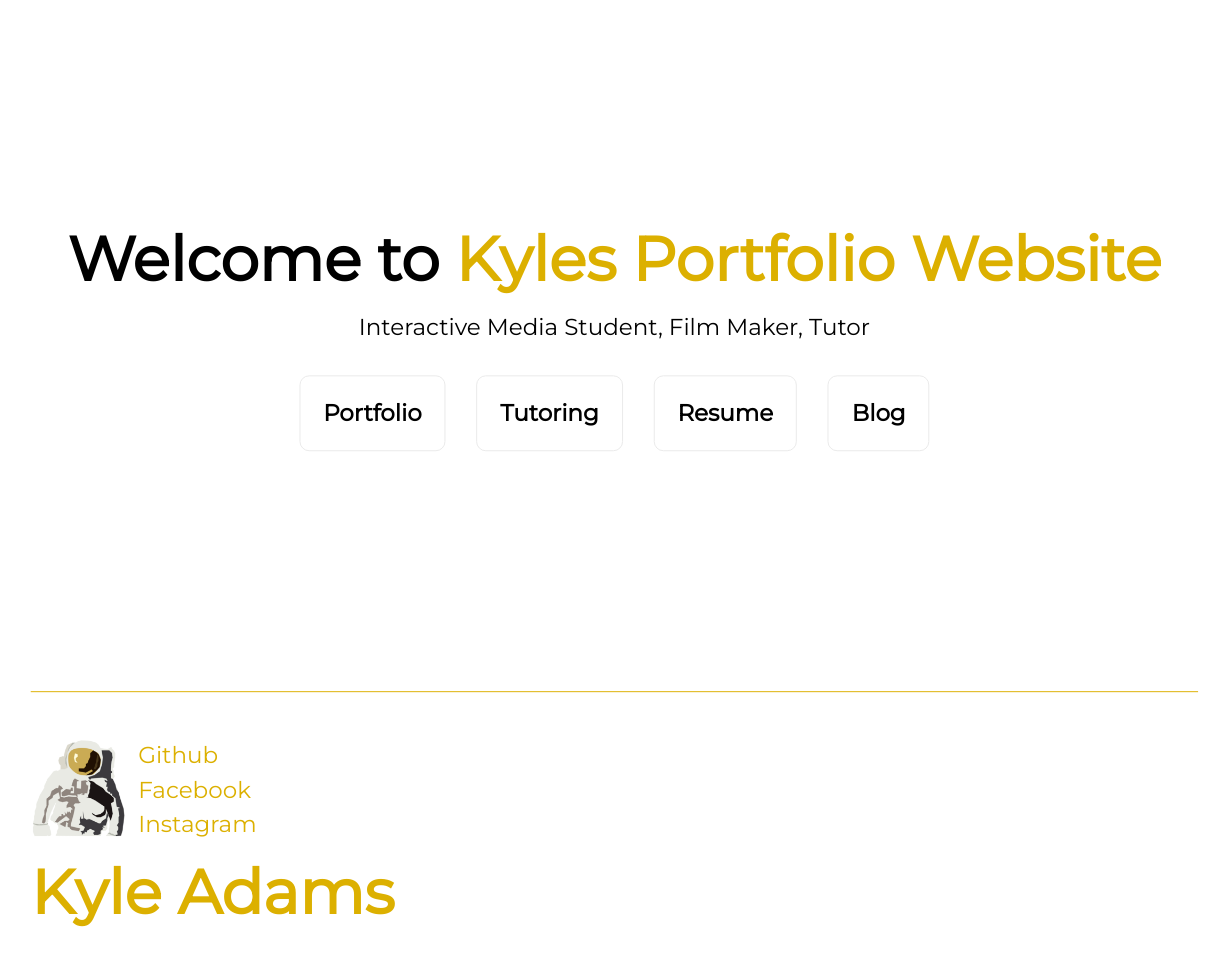
Repository: neomort/CL-portfolio-site
Page: /
These files come from the project's save history. The page is drawn as it stood at one moment and after the next save; the edit follows.
The browser window is 1280 px wide. The pictures show the whole page, at 96% of full size.
The project was rebuilt for these pictures with package versions that can differ from the ones it lists, and the page was loaded fresh each time. The framework's server and built-in components were replaced by stand-ins that run in the browser. Also part of the build but not shown: next.config.js.

Above is the page before, as saved 2021-12-14 15:40:43.

### pages/_document.js
import Document, { Html, Head, Main, NextScript } from 'next/document'

class MyDocument extends Document {


  render() {
    return (
      <Html>
        <Head>
        <link rel="apple-touch-icon" sizes="180x180" href="/images/favicons/apple-touch-icon.png" />
        <link rel="icon" type="image/png" sizes="32x32" href="/images/favicons/favicon-32x32.png" />
        <link rel="icon" type="image/png" sizes="16x16" href="/images/favicons/favicon-16x16.png" />
        <link rel="manifest" href="/images/favicons//site.webmanifest" />
        <link rel="mask-icon" href="/safari-pinned-tab.svg" color="#5bbad5" />
        <meta name="msapplication-TileColor" content="#da532c" />
        <meta name="theme-color" content="#ffffff"></meta>

        <link href="https://fonts.googleapis.com/css2?family=Montserrat:wght@400&display=swap" rel="stylesheet"/>
        </Head>

        <body>
          <Main />
          <NextScript />
        </body>
      </Html>
    )
  }
}

export default MyDocument

### pages/index.js
import Head from 'next/head'
import Image from 'next/image'
import styles from '../styles/Home.module.css'
import Footer from "../components/footer"

export default function Home() {
  return (
    <div className={styles.container}>
      <Head>
        <title>Kyle/'s Portfolio</title>
        <meta name="description" content="If you are reading this you are really impressive" />

      </Head>

      <main className={styles.main}>
        <h1 className={styles.title}>
          Welcome to <a href="https://kyleadams.com/">Kyles Portfolio Website</a>
        </h1>

        <p className={styles.description}>
        Interactive Media Student, Film Maker, Tutor
        </p>



        <div className={styles.grid}>
          <a href={`/Portfolio`} className={styles.card}>
            <h2>Portfolio</h2>
            <p></p>
          </a>

          <a href={`/Tutoring`} className={styles.card}>
            <h2>Tutoring</h2>
            <p></p>
          </a>

          <a
            href={`/Resume`}
            className={styles.card}
          >
            <h2>Resume</h2>
            <p></p>
          </a>

          <a
            href={`/Blog`}
            className={styles.card}
          >
            <h2>Blog</h2>
            <p>

            </p>
          </a>
        </div>
      </main>

      <footer className={styles.footer}>
        <Footer/>
      </footer>
    </div>
  )
}

### styles/globals.css
html,
body {
  padding: 0;
  margin: 0;
  font-family: 'Montserrat', sans-serif;
}

a {
  color: inherit;
  text-decoration: none;
}

* {
  box-sizing: border-box;
}

### styles/Home.module.css
.container {
  padding: 0 2rem;
}

.main {
  min-height: 100vh;
  padding: 2rem 0;
  flex: 1;
  display: flex;
  flex-direction: column;
  justify-content: center;
  align-items: center;
}

.footer {
  display: flex;
  flex: 1;
  padding: 2rem 0;
  border-top: 1px solid #dcb000;
  justify-content: left;
  align-items: center;
}

.footer a {
  display: flex;
  justify-content: left;
  align-items: center;
  flex-grow: 1;
}

.title a {
  color: #dcb000;
  text-decoration: none;
}

.title a:hover,
.title a:focus,
.title a:active {
  text-decoration: underline;
}

.title {
  margin: 0;
  line-height: 1.15;
  font-size: 4rem;
}

.title,
.description {
  text-align: center;
}

.description {
  margin: 1rem 0;
  line-height: 1.5;
  font-size: 1.5rem;
}

.description a{
  padding-left: 0.75rem;
  color: #dcb000;
  text-decoration: none;
}

.code {
  background: #fafafa;
  border-radius: 5px;
  padding: 0.75rem;
  font-size: 1.1rem;
  font-family: Menlo, Monaco, Lucida Console, Liberation Mono, DejaVu Sans Mono,
    Bitstream Vera Sans Mono, Courier New, monospace;
}

.grid {
  display: flex;
  align-items: center;
  justify-content: center;
  flex-wrap: wrap;
  max-width: 800px;
}

.card {
  margin: 1rem;
  padding: 1.5rem;
  text-align: left;
  color: inherit;
  text-decoration: none;
  border: 1px solid #eaeaea;
  border-radius: 10px;
  transition: color 0.15s ease, border-color 0.15s ease;
  max-width: 300px;
}

.card:hover,
.card:focus,
.card:active {
  color: #0070f3;
  border-color: #0070f3;
}

.card h2 {
  margin: 0 0 0rem 0;
  font-size: 1.5rem;
}

.card p {
  margin: 0;
  font-size: 1.25rem;
  line-height: 1.5;
}

.logo {


}

.grid-2 {
  width: 100%;
  flex-direction: column;
}

@media (max-width: 600px) {
  .grid {
    width: 100%;
    flex-direction: column;
  }
}

### components/footer.js
import { React, useEffect, useState } from 'react'
import styles from '../styles/Home.module.css'
import Image from 'next/image'

export default function Footer({})  {


  return (
    <>
<div className={styles.div-2}>
        <a
          href="https://kyleadams.com/"
          target="_blank"
          rel="noopener noreferrer"
        >

          <span className={styles.logo}>
            <Image src="/images/favicons/apple-touch-icon.png" alt="Spaceman" width={100} height={100} />
          </span>
          <span>
            <p className={styles.description}>

          <a href="https://github.com/neomort">Github</a>
          <a href="https://www.facebook.com/profile.php?id=100028246666445">Facebook</a>
          <a href="https://www.instagram.com/kyle_david_adams/">Instagram</a>
          {/* <code className={styles.code}>this is code</code> */}
          </p>
          </span>
        </a>
        <h1 className={styles.title}>
        <a href={`/`}>
          Kyle Adams
        </a>
        </h1>

        </div>
        </>
    )
}

Loaded but not shown: pages/_app.js (common file)

After the next save:
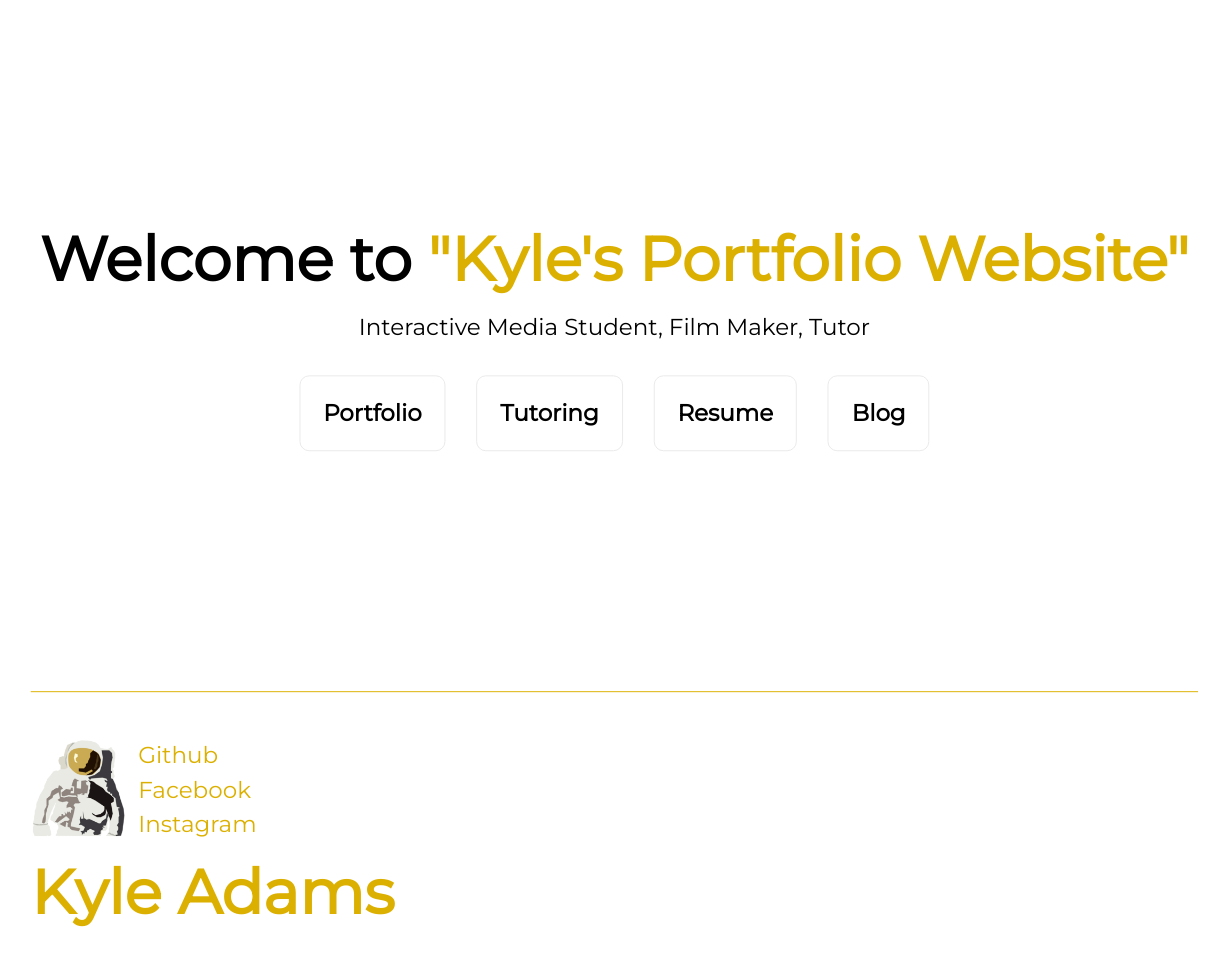
Saved 93 s later.
--- a/pages/index.js
+++ b/pages/index.js
@@ -7,14 +7,14 @@
   return (
     <div className={styles.container}>
       <Head>
-        <title>Kyle/'s Portfolio</title>
+        <title>"Kyle's Portfolio"</title>
         <meta name="description" content="If you are reading this you are really impressive" />
 
       </Head>
 
       <main className={styles.main}>
         <h1 className={styles.title}>
-          Welcome to <a href="https://kyleadams.com/">Kyles Portfolio Website</a>
+          Welcome to <a href="https://kyleadams.com/">"Kyle's Portfolio Website"</a>
         </h1>
 
         <p className={styles.description}>

After the save that followed:
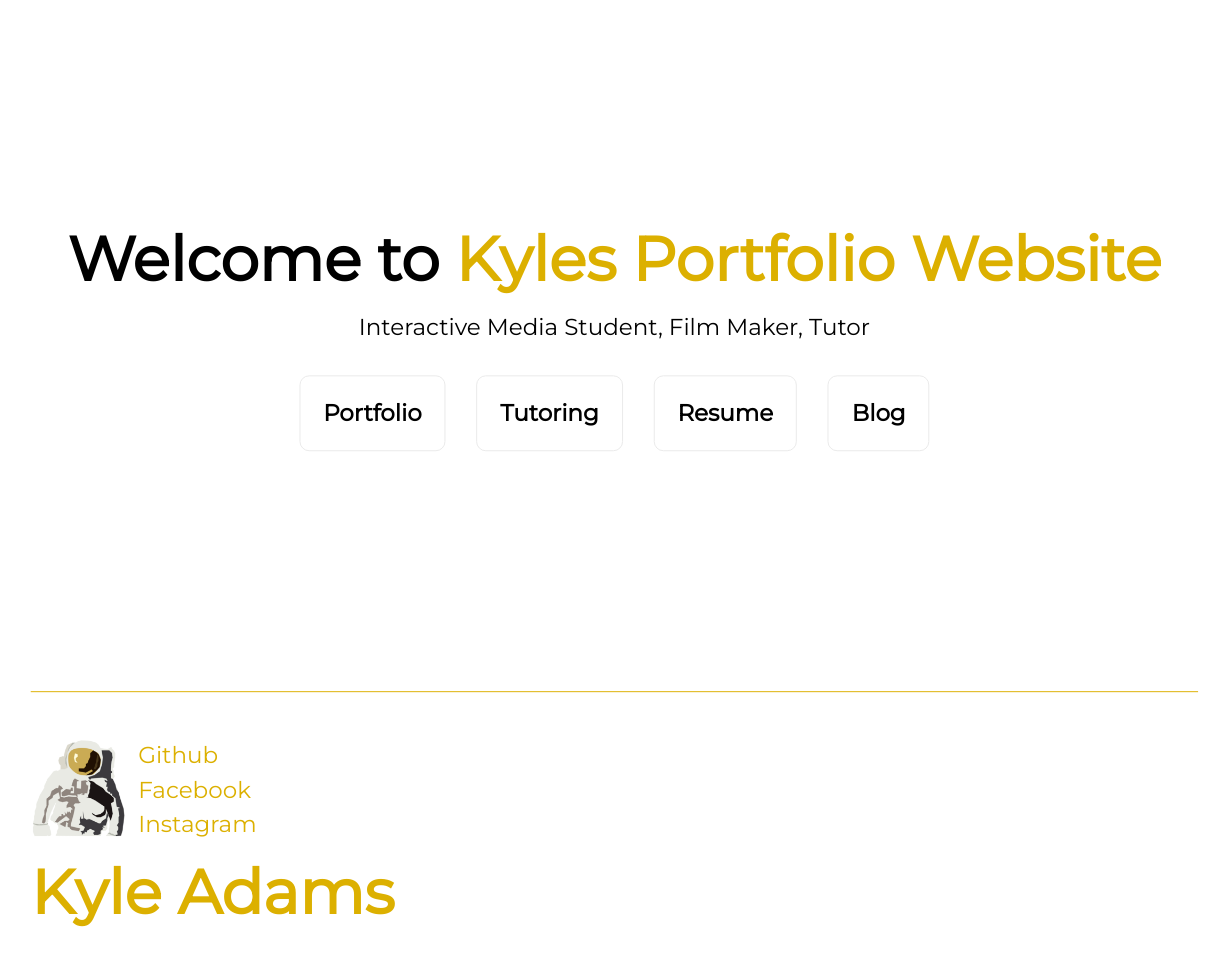
Saved 22 s later.
--- a/pages/index.js
+++ b/pages/index.js
@@ -7,14 +7,14 @@
   return (
     <div className={styles.container}>
       <Head>
-        <title>"Kyle's Portfolio"</title>
+        <title>Kyles Portfolio</title>
         <meta name="description" content="If you are reading this you are really impressive" />
 
       </Head>
 
       <main className={styles.main}>
         <h1 className={styles.title}>
-          Welcome to <a href="https://kyleadams.com/">"Kyle's Portfolio Website"</a>
+          Welcome to <a href="https://kyleadams.com/">Kyles Portfolio Website</a>
         </h1>
 
         <p className={styles.description}>
